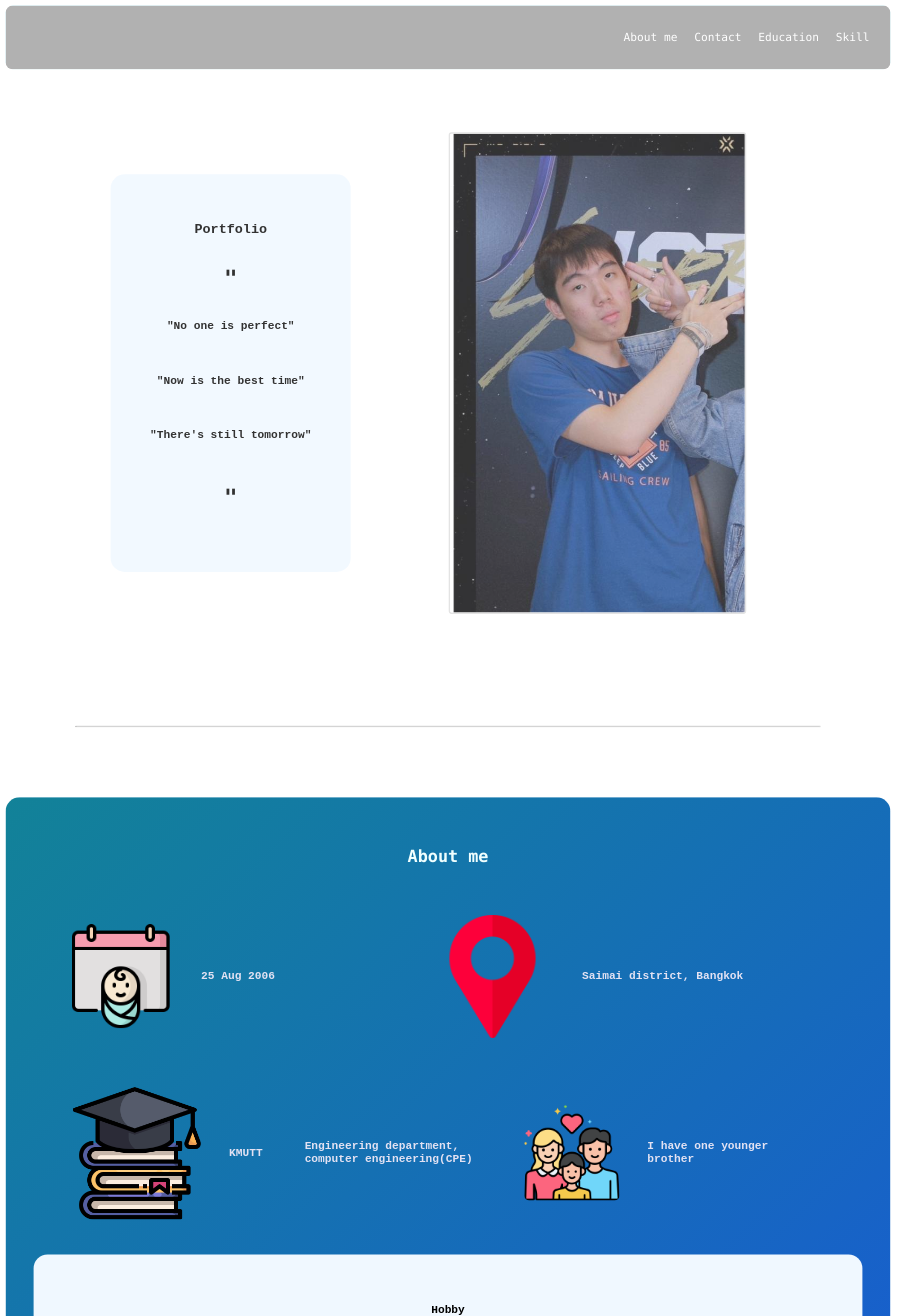
Repository: kittipichcha/port3
Page: page1.html
An editor plug-in stored every save of this project. The page is shown before and after the next save, followed by the edit.
The browser window is 1280 px wide. The page is 1287 px wide, so the pictures cover 1287 px, including what lies to the right of the window. The pictures show the part of the page from y = 0 to 1880 px (the page is 4892 px tall), at 70% of full size.
Pictures or frames that could not be fetched are drawn as grey boxes.

Above is the page before, as saved 2024-10-16 22:43:03.
Not found: underSea.jpg
Not found: underSea1.jpg

After the next save:
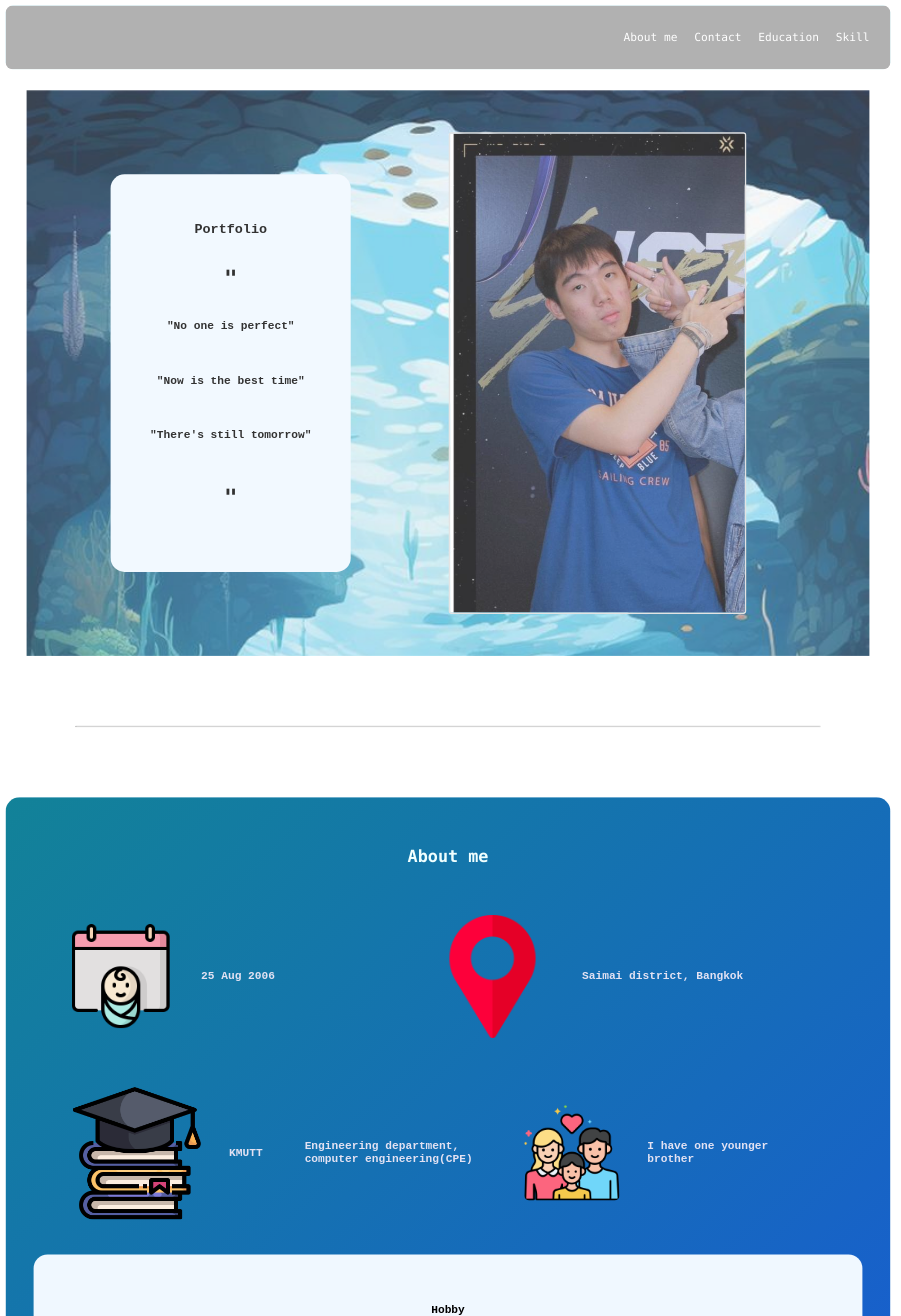
Saved 9 days later.
--- a/page1.html
+++ b/page1.html
@@ -14,7 +14,7 @@
     </ul>
   </nav>
 
-  <div class = "widget background" style = "background-image: url('underSea.jpg'); opacity:80%; align-content:space-between;">
+  <div class = "widget background" style = "background-image: url('background/underSea.jpg'); opacity:80%; align-content:space-between;">
     <div class = "widget1" style="margin: 100px; justify-content: center; background-color:aliceblue; border-radius: 20px; width:40%;">
       <h1 class="textGeneral" style="font-size: larger;"> Portfolio </h1>
       <h1 class="textTopic" style = "margin: 10px"> " </h1>
@@ -85,7 +85,7 @@
 
   <hr class="space">
   <!-- Contact -->
-  <section id="section2"  class = "background" style = "background-image: url('underSea1.jpg');">
+  <section id="section2"  class = "background" style = "background-image: url('background/underSea1.jpg');">
     <h1 class = "textTopic" style="font-size: large; color:rgb(41, 114, 179)"> Contact </h1>
     <div class = "widget backgroundColor" style="align-items: flex-start; background-color:aliceblue;">
       <div style = "justify-content: flex-start;">
